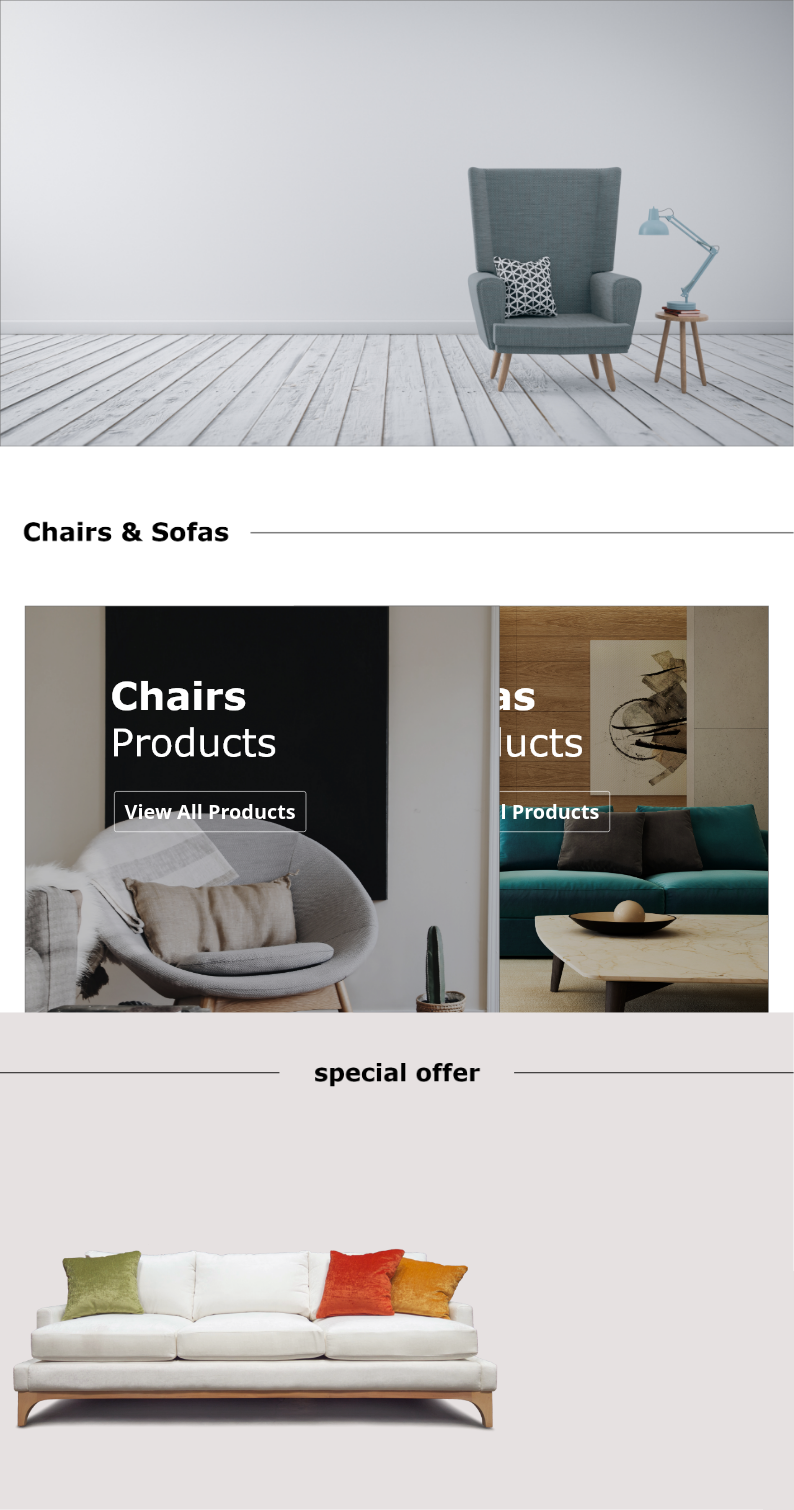
Repository: MEROO1010/creative_home
Page: /
An editor plug-in stored every save of this project. The page is shown before and after the next save, followed by the edit.
The browser window is 1280 px wide. The pictures show the whole page, at 62% of full size.
The project was rebuilt for these pictures with package versions that can differ from the ones it lists, and the page was loaded fresh each time. The framework's server and built-in components were replaced by stand-ins that run in the browser. Also part of the build but not shown: next.config.js.

Above is the page before, as saved 2022-12-11 10:18:13.

After the next save:
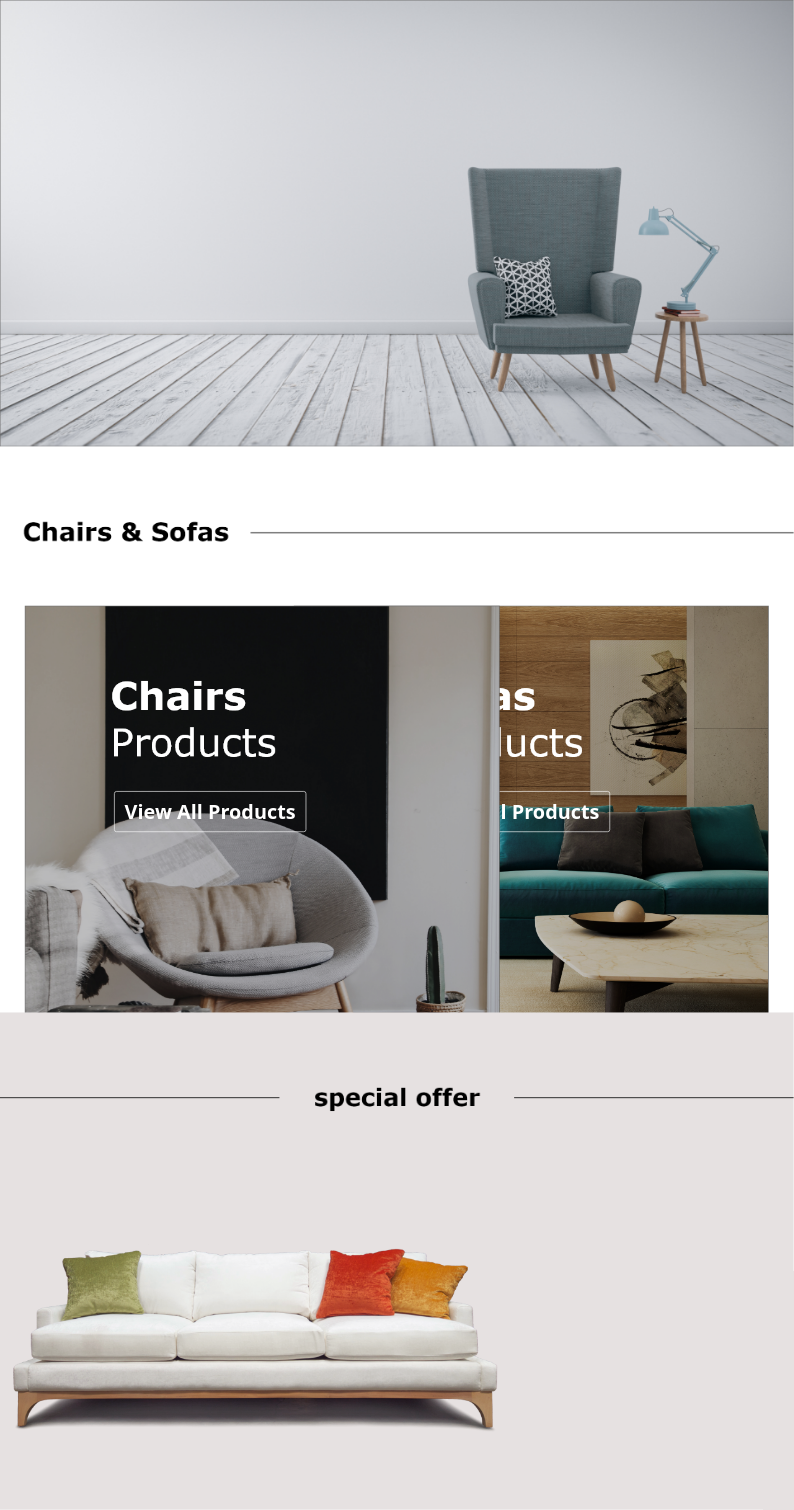
Saved 16 s later.
--- a/components/SpecialOffer.tsx
+++ b/components/SpecialOffer.tsx
@@ -8,7 +8,7 @@
 const SpecialOffer = () => {
   return (
     <div className="relative bg-[#E6E1E1]  py-10    my-80  top-80    ">
-        <div className='py-4 my-4 top-10'>
+        <div className=' relative py-4 my-4 top-10'>
           <Image src={specialOffer} alt=''/>
 
          </div>

After the save that followed:
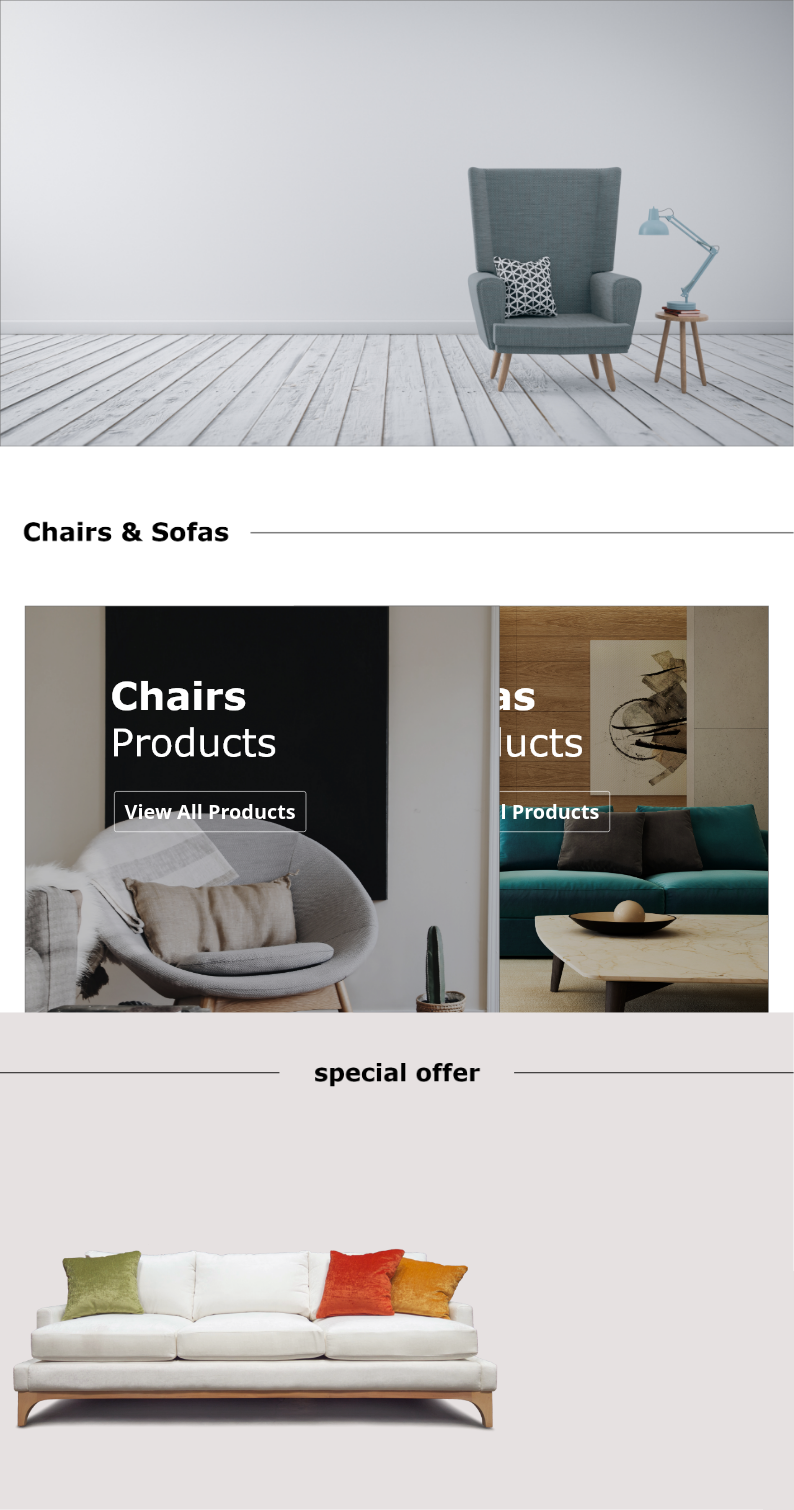
Saved 7 s later.
--- a/components/SpecialOffer.tsx
+++ b/components/SpecialOffer.tsx
@@ -8,7 +8,7 @@
 const SpecialOffer = () => {
   return (
     <div className="relative bg-[#E6E1E1]  py-10    my-80  top-80    ">
-        <div className=' relative py-4 my-4 top-10'>
+        <div className=' py-4 my-4 top-10'>
           <Image src={specialOffer} alt=''/>
 
          </div>
